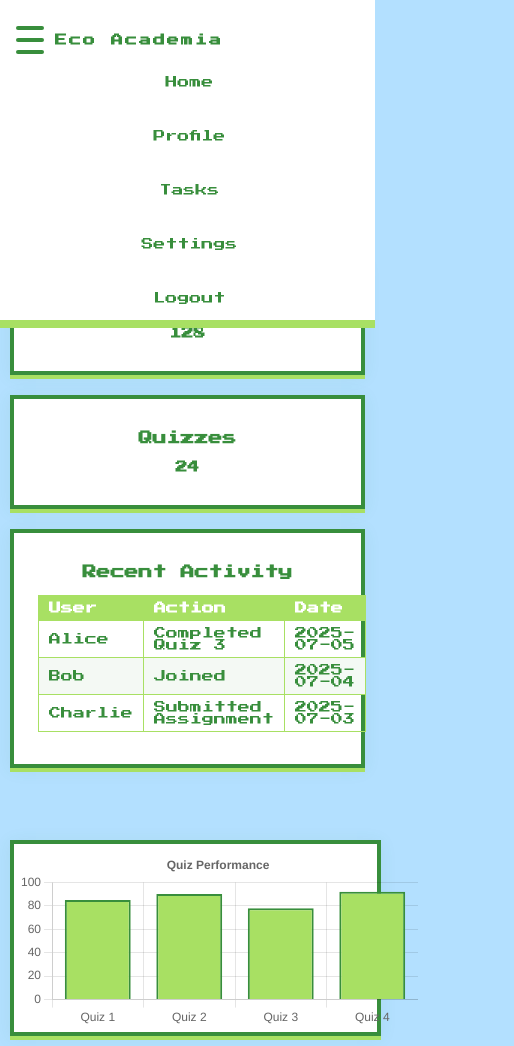
Repository: hotaruhshs/eco-academia
Page: admin/dashboard.html
An editor plug-in stored every save of this project. The page is shown before and after the next save, followed by the edit.
The browser window is 375 px wide. The page is 418 px wide, then 514 px, so the pictures cover 514 px, including what lies to the right of the window. The pictures show the whole page.

Above is the page before, as saved 2025-07-06 01:49:29.

After the next save:
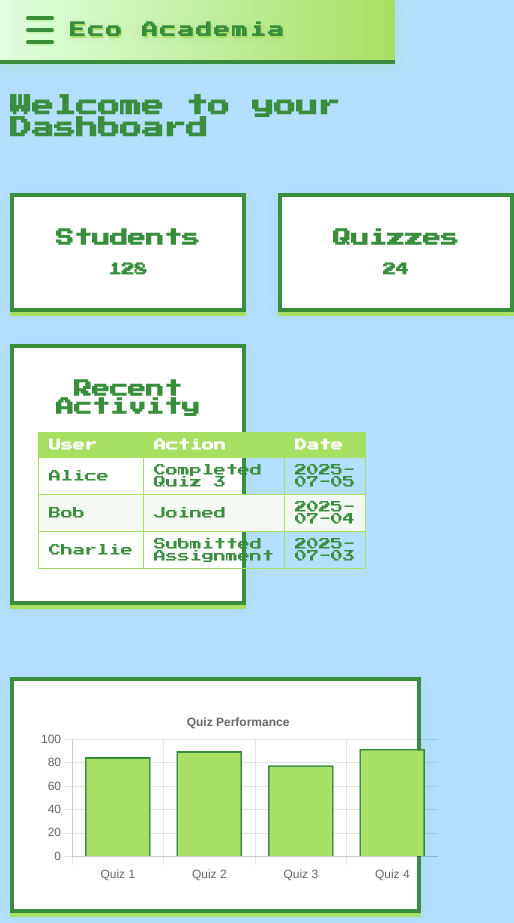
Saved 58 s later.
--- a/admin/css/dashboard.css
+++ b/admin/css/dashboard.css
@@ -19,42 +19,51 @@ body::after {
   top: 0;
   width: 220px;
   height: 100%;
-  background: #fff;
+  background: linear-gradient(135deg, #e0ffe0 0%, #a8e063 100%);
   color: #388e3c;
   padding: 20px 0;
-  box-shadow: 4px 0 0 #a8e063;
-  border-right: 4px solid #a8e063;
+  box-shadow: 4px 0 16px #a8e06344;
+  border-right: 4px solid #388e3c;
+  transition: background 0.3s;
 }
 .sidebar h2 {
   text-align: center;
   margin-bottom: 30px;
   font-family: "Press Start 2P", cursive;
-  font-size: 18px;
+  font-size: 20px;
   letter-spacing: 2px;
   color: #388e3c;
+  text-shadow: 1px 2px 0 #a8e063, 0 2px 8px #388e3c22;
 }
 .sidebar ul {
   list-style: none;
   padding: 0;
+  margin: 0;
 }
 .sidebar ul li {
-  margin: 20px 0;
+  margin: 18px 0;
+  transition: transform 0.2s;
+}
+.sidebar ul li:hover {
+  transform: scale(1.08) translateX(8px);
 }
 .sidebar ul li a {
   color: #388e3c;
   text-decoration: none;
   font-size: 16px;
   display: block;
-  padding: 10px 20px;
-  border-radius: 0;
+  padding: 12px 28px;
+  border-radius: 8px 0 0 8px;
   border-left: 4px solid transparent;
-  transition: background 0.2s, border-color 0.2s;
-  font-family: "Press Start 2P", cursive;
-}
-.sidebar ul li a:hover {
-  background: #a8e063;
-  border-left: 4px solid #388e3c;
+  transition: background 0.2s, border-color 0.2s, color 0.2s;
+  font-family: "Press Start 2P", cursive;
+  background: rgba(255,255,255,0.7);
+}
+.sidebar ul li a:hover, .sidebar ul li a:focus {
+  background: #388e3c;
+  border-left: 4px solid #fff;
   color: #fff;
+  outline: none;
 }
 .main-content {
   margin-left: 240px;
@@ -204,6 +213,7 @@ body::after {
   margin: 4px 0;
   background: #388e3c;
   border-radius: 2px;
+  box-shadow: 0 1px 2px #a8e06388;
   transition: 0.3s;
 }
 
@@ -229,31 +239,27 @@ body::after {
 }
 @media (max-width: 900px) {
   .sidebar {
-    position: fixed;
-    left: 0;
-    top: 0;
     width: 100vw;
     height: 60px;
+    flex-direction: row;
+    background: linear-gradient(90deg, #e0ffe0 0%, #a8e063 100%);
+    box-shadow: 0 4px 16px #a8e06344;
+    border-right: none;
+    border-bottom: 4px solid #388e3c;
     display: flex;
-    flex-direction: row;
     align-items: center;
     justify-content: flex-start;
-    box-shadow: 0 4px 0 #a8e063;
-    border-right: none;
-    border-bottom: 4px solid #a8e063;
-    z-index: 1000;
+    padding: 0 10px;
   }
   .sidebar h2 {
     margin: 0 20px 0 10px;
     font-size: 16px;
-    display: inline-block;
+    text-shadow: 1px 2px 0 #a8e063, 0 2px 8px #388e3c22;
   }
   .sidebar ul {
-    display: flex;
-    flex-direction: row;
-    gap: 10px;
-    margin: 0;
-    padding: 0;
+    background: #fff;
+    box-shadow: 0 4px 16px #a8e06344;
+    border-bottom: 4px solid #388e3c;
   }
   .sidebar ul li {
     margin: 0 5px;
@@ -277,78 +283,4 @@ body::after {
     left: 0;
     width: 100vw;
     box-shadow: 0 4px 0 #a8e063;
-    border-bottom: 4px solid #a8e063;
-    z-index: 1000;
-  }
-  .sidebar ul.active {
-    display: flex;
-  }
-}
-@media (max-width: 800px) {
-  .main-content {
-    margin-left: 0;
-    width: 100vw;
-    padding: 10px;
-  }
-  .sidebar {
-    position: static;
-    width: 100%;
-    height: auto;
-    box-shadow: none;
-    border-right: none;
-    border-bottom: 4px solid #a8e063;
-    text-align: center;
-  }
-  .sidebar ul {
-    display: flex;
-    flex-wrap: wrap;
-    justify-content: center;
-    gap: 10px;
-  }
-  .sidebar ul li {
-    margin: 10px 5px;
-  }
-  .metrics-cards,
-  .cards {
-    grid-template-columns: 1fr;
-    gap: 20px;
-  }
-  .charts-section {
-    padding: 10px;
-  }
-}
-@media (max-width: 600px) {
-  .sidebar h2 {
-    font-size: 12px;
-    margin: 0 10px 0 5px;
-  }
-  .sidebar ul li a {
-    font-size: 12px;
-    padding: 6px 10px;
-  }
-  .main-content h1 {
-    font-size: 14px;
-  }
-  .card h3 {
-    font-size: 12px;
-  }
-  .card p,
-  .metric-value {
-    font-size: 10px;
-  }
-}
-@media (max-width: 500px) {
-  .main-content h1 {
-    font-size: 16px;
-  }
-  .card h3 {
-    font-size: 14px;
-  }
-  .card p,
-  .metric-value {
-    font-size: 12px;
-  }
-  .charts-section {
-    padding: 4px;
-  }
-}
+    border-bottom: 4px solid #a8e3c
